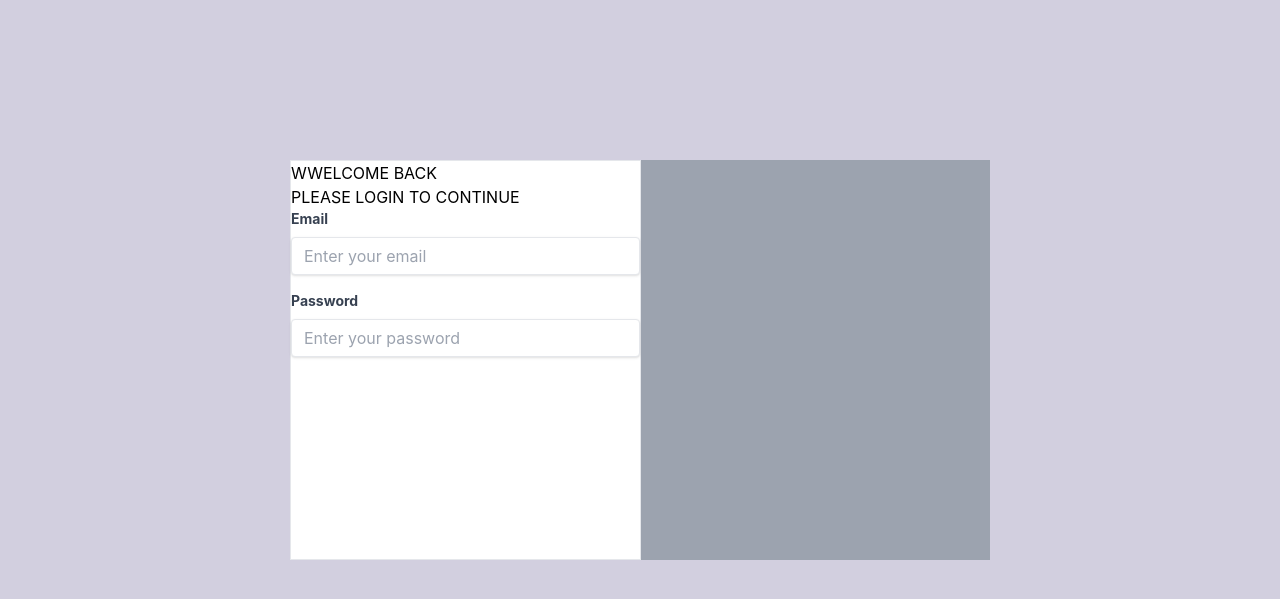
Repository: cosmicswati/upgrad-captions-project
Page: /account/signin
An editor plug-in stored every save of this project. The page is shown before and after the next save, followed by the edit.
The browser window is 1280 px wide. The pictures show the whole page.
The project was rebuilt for these pictures with package versions that can differ from the ones it lists, and the page was loaded fresh each time.

Above is the page before, as saved 2024-04-08 19:09:59.

### src/App.js
import Auth from "./modules/Authorization";


function App() {
  return (
    <div>
       <Auth />
    </div>
  );
}

export default App;

### src/modules/Authorization/index.js
import React from 'react'
import Form from './Form'

const Auth = () => {
  return (
    <div>
      <Form/>
    </div>
  )
}

export default Auth

### src/modules/Authorization/Form.jsx
import React from 'react';
import Input from '../../components/Input';

const Form = () => {
  return (
    <div className='bg-[#d2cfdf] h-screen w-full flex justify-center items-center'>
      <div className='h-[400px] w-[700px] bg-white flex justify-center items-center'>
      <div className='border h-full w-full'>
         <div>WWELCOME BACK</div>
         <div>PLEASE LOGIN TO CONTINUE</div>
         <form>
            <Input label='Email' type='email' placeholder='Enter your email' />
            <Input label='Password' type='password' placeholder='Enter your password' />
         </form>
      </div>
      <div className='h-full w-full bg-gray-400'>

      </div>
    </div>
    </div>
  );
};

export default Form;

### src/components/Input/index.js
import React from 'react'

const Input = ({
    name = '',
    label ='',
    type ='',
    placeholder =''
}) => {
  return (
    <div class="mb-4">
        {
          label &&
          <label class="block text-gray-700 text-sm font-bold mb-2" for={name}>
             {label}
          </label>
        }

        <input class="shadow apperance-none border rounded w-full py-2 px-3
         text-gray-700 leading-tight focus:outline-none focus:shadow-outline"
         id={name} type={type} placeholder={placeholder} />

    </div>
  )
}

export default Input

### tailwind.config.js
/** @type {import('tailwindcss').Config} */
module.exports = {
 mode:'jit',
 purge: [
  './public/**/*.html',
  './src/**/*.{js,jsx,ts,tsx,vue}',
 ],
  content: [
    "./src/**/*.{js,jsx,ts,tsx}",
  ],
  theme: {
    extend: {},
  },
  plugins: [],
}

### src/components/Button/index.js
import React from 'react'

const Button = ({
    label ='',
    className =''
}) => {
  return (
    <button className={`bg-blue-500 hover:bg-blue-700 text-white font-bold py-2 px-4 rounded ${className}`}>
      Button
  </button>
  )
}

export default Button

Loaded but not shown: public/index.html (common file); src/index.js (common file); src/index.css (common file); src/reportWebVitals.js (common file)

After the next save:
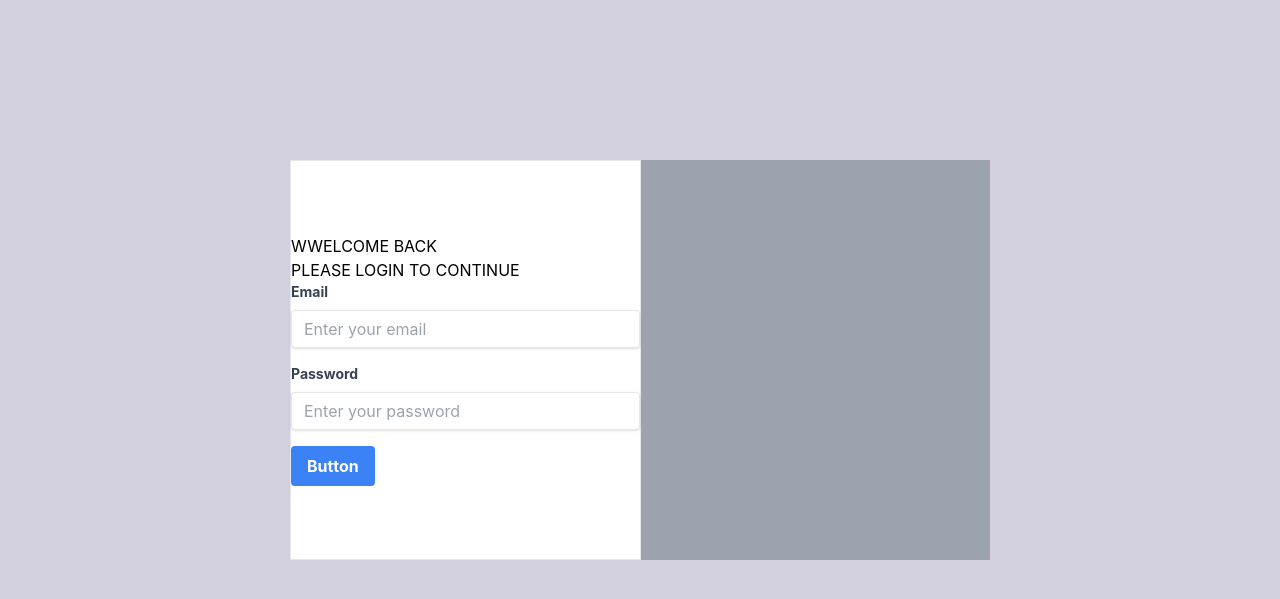
Saved 117 s later.
--- a/src/modules/Authorization/Form.jsx
+++ b/src/modules/Authorization/Form.jsx
@@ -1,16 +1,18 @@
 import React from 'react';
 import Input from '../../components/Input';
+import Button from '../../components/Button';
 
 const Form = () => {
   return (
     <div className='bg-[#d2cfdf] h-screen w-full flex justify-center items-center'>
       <div className='h-[400px] w-[700px] bg-white flex justify-center items-center'>
-      <div className='border h-full w-full'>
+      <div className='border h-full w-full flex flex-col justify-center item-center'>
          <div>WWELCOME BACK</div>
          <div>PLEASE LOGIN TO CONTINUE</div>
          <form>
             <Input label='Email' type='email' placeholder='Enter your email' />
             <Input label='Password' type='password' placeholder='Enter your password' />
+            <Button label='Sign in' />
          </form>
       </div>
       <div className='h-full w-full bg-gray-400'>
